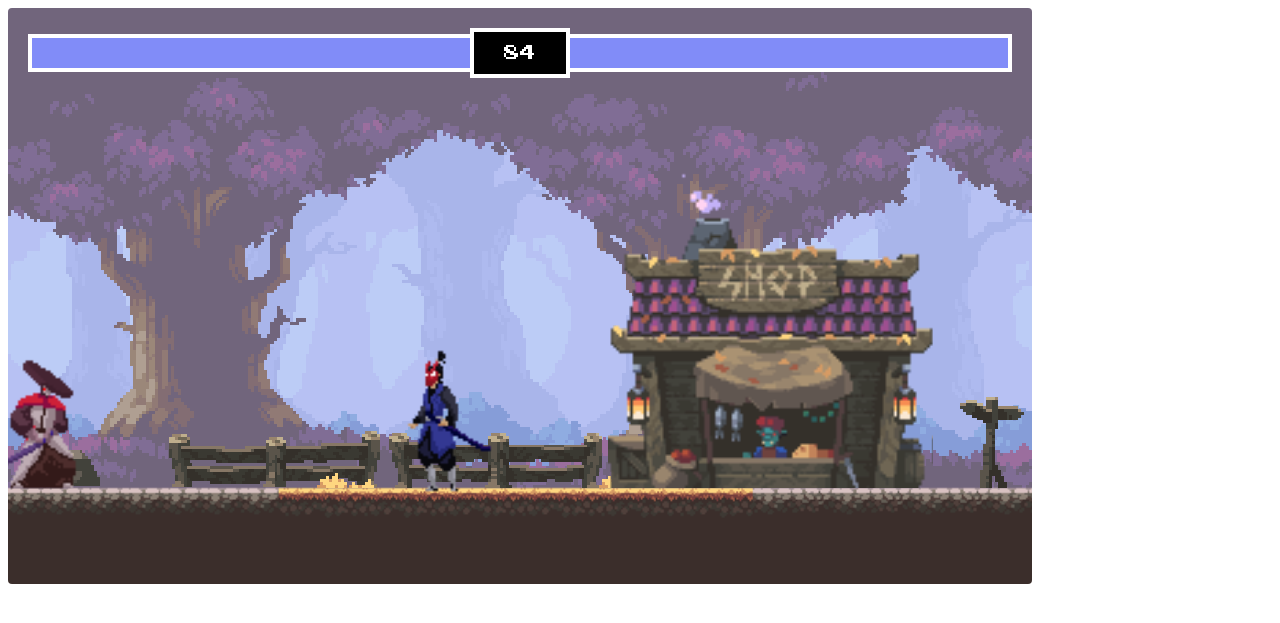
Repository: LuizAGDomingues/js-fighting-game
Page: index.html
The author's editor kept a copy of each file at every save. The page is drawn from the files as they stood at one save, then again after the next save.
The browser window is 1280 px wide. The pictures show the whole page.

Above is the page before, as saved 2022-12-23 21:13:00.

### index.html
<!DOCTYPE html>
<html lang="en">
  <head>
    <meta charset="UTF-8" />
    <link rel="icon" type="image/svg+xml" href="./images/Logo.jpg" />
    <link rel="preconnect" href="https://fonts.googleapis.com" />
    <link rel="preconnect" href="https://fonts.gstatic.com" crossorigin />
    <link href="https://fonts.googleapis.com/css2?family=Press+Start+2P&display=swap" rel="stylesheet" />
    <link href="./src/css/battle.css" rel="stylesheet" />
    <meta name="viewport" content="width=device-width, initial-scale=1.0" />
    <title>Figthing Game</title>
  </head>
  <body>
    <div class="content">
      <div class="life-bars">
        <!-- player health -->
        <div class="playerHealth-content">
          <div class="playerHealth-aux"></div>
          <div id="playerHealth" class="playerHealth-bar"></div>
        </div>
        <!-- timer -->
        <div id="timer" class="timer">10</div>
        <!-- enemy health -->
        <div class="enemyHealth-content">
          <div class="enemyHealth-aux"></div>
          <div id="enemyHealth" class="enemyHealth-bar"></div>
        </div>
      </div>
      <div id="displayText" class="result">Tie</div>
      <canvas style="border-radius: 4px;"></canvas>
    </div>
    <script
      src="https://cdnjs.cloudflare.com/ajax/libs/gsap/3.11.3/gsap.min.js"
      integrity="sha512-gmwBmiTVER57N3jYS3LinA9eb8aHrJua5iQD7yqYCKa5x6Jjc7VDVaEA0je0Lu0bP9j7tEjV3+1qUm6loO99Kw=="
      crossorigin="anonymous"
      referrerpolicy="no-referrer"
    ></script>
    <script src="./src/utils.js"></script>
    <script src="./src/classes.js"></script>
    <script src="./src/main.js"></script>
  </body>
</html>

### src/css/battle.css
* {
  box-sizing: border-box;
  font-family: 'Press Start 2P', sans-serif;
}

.content {
  position: relative;
  display: inline-block;
}

.life-bars {
  position: absolute;
  display: flex;
  width: 100%;
  align-items: center;
  padding: 20px;
}

.playerHealth-content {
  position: relative;
  width: 100%;
  display: flex;
  justify-content: flex-end;
  border-top: 4px solid white;
  border-left: 4px solid white;
  border-bottom: 4px solid white;
}

.playerHealth-aux {
  background-color: red;
  height: 30px;
  width: 100%;
}

.playerHealth-bar {
  position: absolute;
  background: #818CF8;
  top: 0;
  right: 0;
  bottom: 0;
  width: 100%;
}

.timer {
  background-color: black;
  width: 100px;
  height: 50px;
  flex-shrink: 0;
  display: flex;
  align-items: center;
  justify-content: center;
  color: white;
  border: 4px solid white;
}

.enemyHealth-content {
  position: relative;
  width: 100%;
  border-top: 4px solid white;
  border-right: 4px solid white;
  border-bottom: 4px solid white;
}

.enemyHealth-aux {
  background-color: red;
  height: 30px;
}

.enemyHealth-bar {
  position: absolute;
  background: #818CF8;
  top: 0;
  right: 0;
  bottom: 0;
  left: 0;
}

.result {
  position: absolute;
  color: white;
  align-items: center;
  justify-content: center;
  top: 0;
  right: 0;
  bottom: 0;
  left: 0;
  display: none;
}

### src/utils.js
function rectangularCollision({ rectangle1, rectangle2 }) {
  return (
    rectangle1.attackBox.position.x + rectangle1.attackBox.width >= rectangle2.position.x
    && rectangle1.attackBox.position.x <= rectangle2.position.x + rectangle2.width
    && rectangle1.attackBox.position.y + rectangle1.attackBox.height >= rectangle2.position.y
    && rectangle1.attackBox.position.y <= rectangle2.position.y + rectangle2.height
  )
};

function determineWinner({player, enemy, timerId}) {
  clearTimeout(timerId)
  document.querySelector('#displayText').style.display = 'flex'
  if(player.health === enemy.health) {
    document.querySelector('#displayText').innerHTML = 'Tie'
  } else if (player.health > enemy.health) {
    document.querySelector('#displayText').innerHTML = 'Player 1 wins'
  } else if (player.health < enemy.health) {
    document.querySelector('#displayText').innerHTML = 'Player 2 wins'
  }
};

### src/classes.js
class Sprite {
  constructor({position, imageSrc, scale = { x: 1, y: 1 }, framesMax = 1, offset = { x: 0, y: 0 }}) {
    this.position = position
    this.image = new Image()
    this.image.src = imageSrc
    this.scale = scale
    this.framesMax = framesMax
    this.framesCurrent = 0
    this.framesElapsed = 0
    this.framesHold = 5
    this.offset = offset
  }

  draw() {
    c.drawImage(
      this.image,
      this.framesCurrent * (this.image.width / this.framesMax),
      0,
      this.image.width / this.framesMax,
      this.image.height,
      this.position.x - this.offset.x,
      this.position.y - this.offset.y,
      (this.image.width / this.framesMax) * this.scale.x,
      this.image.height * this.scale.y
    )
  }

  animateFrames() {
    this.framesElapsed++
    if(this.framesElapsed % this.framesHold === 0) {
      if(this.framesCurrent < this.framesMax - 1) {
        this.framesCurrent++
      } else {
        this.framesCurrent = 0
      }
    }
  }

  update() {
    this.draw()
    this.animateFrames()
  }
}

class Fighter extends Sprite {
  constructor({
    position,
    velocity,
    color = 'red',
    imageSrc,
    scale = { x: 1, y: 1 },
    framesMax = 1,
    offset = { x: 0, y: 0 },
    sprites,
    attackBox = { offset: {}, width: undefined, height: undefined }
  }) {
    super({
      position,
      imageSrc,
      scale,
      framesMax,
      offset
    })

    this.velocity = velocity
    this.width = 50
    this.height = 150
    this.lastKey
    this.attackBox = {
      position: {
        x: this.position.x,
        y: this.position.y
      },
      offset: attackBox.offset,
      width: attackBox.width,
      height: attackBox.height
    }
    this.color = color
    this.isAttacking
    this.health = 100
    this.framesCurrent = 0
    this.framesElapsed = 0
    this.framesHold = 5
    this.sprites = sprites
    this.dead = false

    for (const sprite in this.sprites) {
      sprites[sprite].image = new Image()
      sprites[sprite].image.src = sprites[sprite].imageSrc
    }
  }

  update() {
    this.draw()
    if(!this.dead) this.animateFrames()

    this.attackBox.position.x = this.position.x + this.attackBox.offset.x
    this.attackBox.position.y = this.position.y + this.attackBox.offset.y

    // Draw the attack box
    //c.fillRect(this.attackBox.position.x, this.attackBox.position.y, this.attackBox.size.width, this.attackBox.height)

    this.position.x += this.velocity.x
    this.position.y += this.velocity.y

    // gravity function
    if(this.position.y + this.height + this.velocity.y >= canvas.height - 96) {
      this.velocity.y = 0
      this.position.y = 330
    } else this.velocity.y += gravity

  }

  attack() {
    if(this.image === this.sprites.takeHit.image || this.image === this.sprites.death.image) {
      return
    } else {
      this.switchSprite('attack1')
      this.isAttacking = true
    }
  }

  takeHit() {
    this.health -= 20
    if(this.health <= 0) {
      this.switchSprite('death')
    } else {
      this.switchSprite('takeHit')
    }
  }

  switchSprite(sprite) {
    if(this.image === this.sprites.death.image) {
      if(this.framesCurrent === this.sprites.death.framesMax - 1)
        this.dead = true
      return
    }
    // overriding all other animations with the attack animation
    if(
      this.image === this.sprites.attack1.image &&
      this.framesCurrent < this.sprites.attack1.framesMax - 1
    ) return
    // overriding when figther gets hit
    if(
      this.image === this.sprites.takeHit.image &&
      this.framesCurrent < this.sprites.takeHit.framesMax - 1
    ) return

    switch(sprite) {
      case 'idle':
        if(this.image !== this.sprites.idle.image) {
          this.image = this.sprites.idle.image
          this.framesMax = this.sprites.idle.framesMax
          this.framesCurrent = 0
        }
        break
      case 'run':
        if(this.image !== this.sprites.run.image) {
          this.image = this.sprites.run.image
          this.framesMax = this.sprites.run.framesMax
          this.framesCurrent = 0
        }
        break
      case 'jump':
        if(this.image !== this.sprites.jump.image) {
          this.image = this.sprites.jump.image
          this.framesMax = this.sprites.jump.framesMax
          this.framesCurrent = 0
        }
        break
      case 'fall':
        if(this.image !== this.sprites.fall.image) {
          this.image = this.sprites.fall.image
          this.framesMax = this.sprites.fall.framesMax
          this.framesCurrent = 0
        }
        break
      case 'attack1':
        if(this.image !== this.sprites.attack1.image) {
          this.image = this.sprites.attack1.image
          this.framesMax = this.sprites.attack1.framesMax
          this.framesCurrent = 0
        }
        break
      case 'takeHit':
        if(this.image !== this.sprites.takeHit.image) {
          this.image = this.sprites.takeHit.image
          this.framesMax = this.sprites.takeHit.framesMax
          this.framesCurrent = 0
        }
        break
      case 'death':
        if(this.image !== this.sprites.death.image) {
          this.image = this.sprites.death.image
          this.framesMax = this.sprites.death.framesMax
          this.framesCurrent = 0
        }
        break
    }
  }
}

### src/main.js
const canvas = document.querySelector('canvas');
const c = canvas.getContext('2d');

canvas.width = 1024
canvas.height = 576

c.fillRect(0, 0, canvas.width, canvas.height)

const gravity = .7

var gameIsOver = false

const background = new Sprite({
  position: {
    x: 0,
    y: 0
  },
  imageSrc: '../images/background.png'
})

const shop = new Sprite({
  position: {
    x: 600,
    y: 128
  },
  imageSrc: '../images/shop.png',
  scale: {
    x: 2.75,
    y: 2.75
  },
  framesMax: 6
})

const player = new Fighter({
  position: {
    x: 0,
    y: 0
  },
  velocity: {
    x: 0,
    y: 0
  },
  offset: {
    x: 0,
    y: 0
  },
  imageSrc: '../images/samuraiMack/Idle.png',
  framesMax: 8,
  scale: {
    x: 2.5,
    y: 2.5
  },
  offset: {
    x: 215,
    y: 155
  },
  sprites: {
    idle: {
      imageSrc: '../images/samuraiMack/Idle.png',
      framesMax: 8
    },
    run: {
      imageSrc: '../images/samuraiMack/Run.png',
      framesMax: 8
    },
    jump: {
      imageSrc: '../images/samuraiMack/Jump.png',
      framesMax: 2
    },
    fall: {
      imageSrc: '../images/samuraiMack/Fall.png',
      framesMax: 2
    },
    attack1: {
      imageSrc: '../images/samuraiMack/Attack1.png',
      framesMax: 6
    },
    takeHit: {
      imageSrc: '../images/samuraiMack/Take Hit.png',
      framesMax: 4
    },
    death: {
      imageSrc: '../images/samuraiMack/Death.png',
      framesMax: 6
    }
  },
  attackBox: {
    offset: {
      x: 100,
      y: 50
    },
    width: 140,
    height: 50
  }
})

const enemy = new Fighter({
  position: {
    x: 400,
    y: 100
  },
  velocity: {
    x: 0,
    y: 0
  },
  color: 'blue',
  offset: {
    x: -50,
    y: 0
  },
  imageSrc: '../images/kenji/Idle.png',
  framesMax: 4,
  scale: {
    x: 2.5,
    y: 2.5
  },
  offset: {
    x: 215,
    y: 167
  },
  sprites: {
    idle: {
      imageSrc: '../images/kenji/Idle.png',
      framesMax: 4
    },
    run: {
      imageSrc: '../images/kenji/Run.png',
      framesMax: 8
    },
    jump: {
      imageSrc: '../images/kenji/Jump.png',
      framesMax: 2
    },
    fall: {
      imageSrc: '../images/kenji/Fall.png',
      framesMax: 2
    },
    attack1: {
      imageSrc: '../images/kenji/Attack1.png',
      framesMax: 4
    },
    takeHit: {
      imageSrc: '../images/kenji/Take hit.png',
      framesMax: 3
    },
    death: {
      imageSrc: '../images/kenji/Death.png',
      framesMax: 7
    }
  },
  attackBox: {
    offset: {
      x: -170,
      y: 50
    },
    width: 170,
    height: 50
  }
})

const keys = {
  a: {
    pressed: false
  },
  d: {
    pressed: false
  },
  ArrowRight: {
    pressed: false
  },
  ArrowLeft: {
    pressed: false
  }
}

// Timer actions
let timer = 90
let timerId
function decreaseTimer() {
  if(timer > 0) {
    timerId = setTimeout(decreaseTimer, 1000)
    timer--
    document.querySelector('#timer').innerHTML = timer
  }
  if(timer === 0) {
    determineWinner({player, enemy, timerId})
    gameIsOver = true
  }
};
decreaseTimer();

function animate() {
  window.requestAnimationFrame(animate)
  c.fillStyle = 'black'
  c.fillRect(0, 0, canvas.width, canvas.height)
  background.update()
  shop.update()
  c.fillStyle = 'rgba(255, 255, 255, 0.1)'
  c.fillRect(0, 0, canvas.width, canvas.height)
  player.update()
  enemy.update()

  player.velocity.x = 0
  enemy.velocity.x = 0

  // player movement
  if(keys.a.pressed && player.lastKey === 'a' && player.position.x >= 0) {
    player.velocity.x = -5
    player.switchSprite('run')
  } else if(keys.d.pressed && player.lastKey === 'd' && player.position.x <= canvas.width - 60) {
    player.velocity.x = 5
    player.switchSprite('run')
  } else {
    player.switchSprite('idle')
  }
  // player jumping
  if(player.velocity.y < 0) {
    player.switchSprite('jump')
  } else if(player.velocity.y > 0) {
    player.switchSprite('fall')
  }

  // enemy movement
  if(keys.ArrowLeft.pressed && enemy.lastKey === 'ArrowLeft' && enemy.position.x >= 0) {
    enemy.velocity.x = -5
    enemy.switchSprite('run')
  } else if(keys.ArrowRight.pressed && enemy.lastKey === 'ArrowRight' && enemy.position.x <= canvas.width - 50) {
    enemy.velocity.x = 5
    enemy.switchSprite('run')
  } else {
    enemy.switchSprite('idle')
  }
  // enemy jumping
  if(enemy.velocity.y < 0) {
    enemy.switchSprite('jump')
  } else if(enemy.velocity.y > 0) {
    enemy.switchSprite('fall')
  }

  // detect for collision & enemy is hit
  if(rectangularCollision({rectangle1: player, rectangle2: enemy}) && player.isAttacking && player.framesCurrent === 4) {
    enemy.takeHit()
    player.isAttacking = false
    gsap.to('#enemyHealth', {
      width: enemy.health + '%'
    })
  }

  //if player misses enemy
  if(player.isAttacking && player.framesCurrent === 4) {
    player.isAttacking = false
  }

  // detect for collision & player is hit
  if(rectangularCollision({rectangle1: enemy, rectangle2: player}) && enemy.isAttacking && enemy.framesCurrent === 2) {
    player.takeHit()
    enemy.isAttacking = false
    gsap.to('#playerHealth', {
      width: player.health + '%'
    })
  }

  //if enemy misses enemy
  if(enemy.isAttacking && enemy.framesCurrent === 2) {
    enemy.isAttacking = false
  }

  // end game base on health
  if(enemy.health <= 0 || player.health <= 0){
    determineWinner({player, enemy, timerId})
    gameIsOver = true
  }
}
animate()

window.addEventListener('keydown', (event) => {
  if(!player.dead && !gameIsOver) {
    switch (event.key) {
      case 'd':
        keys.d.pressed = true
        player.lastKey = 'd'
        break
      case 'a':
        keys.a.pressed = true
        player.lastKey = 'a'
        break
      case 'w':
        if(player.image === player.sprites.jump.image || player.image === player.sprites.fall.image) {
          break
        }
        player.velocity.y = -20
        break
      case ' ':
        player.attack()
        break
    }
  }
  if(!enemy.dead && !gameIsOver) {
    switch (event.key) {
      case 'ArrowRight':
        keys.ArrowRight.pressed = true
        enemy.lastKey = 'ArrowRight'
        break
      case 'ArrowLeft':
        keys.ArrowLeft.pressed = true
        enemy.lastKey = 'ArrowLeft'
        break
      case 'ArrowUp':
        if(enemy.image === enemy.sprites.jump.image || enemy.image === enemy.sprites.fall.image) {
          break
        }
        enemy.velocity.y = -20
        break
      case 'ArrowDown':
        enemy.attack()
        break
    }
  }
})

window.addEventListener('keyup', (event) => {
  switch (event.key) {
    case 'd':
      keys.d.pressed = false
      break
    case 'a':
      keys.a.pressed = false
      break

    case 'ArrowRight':
      keys.ArrowRight.pressed = false
      break
    case 'ArrowLeft':
      keys.ArrowLeft.pressed = false
      break
  }
})

After the next save:
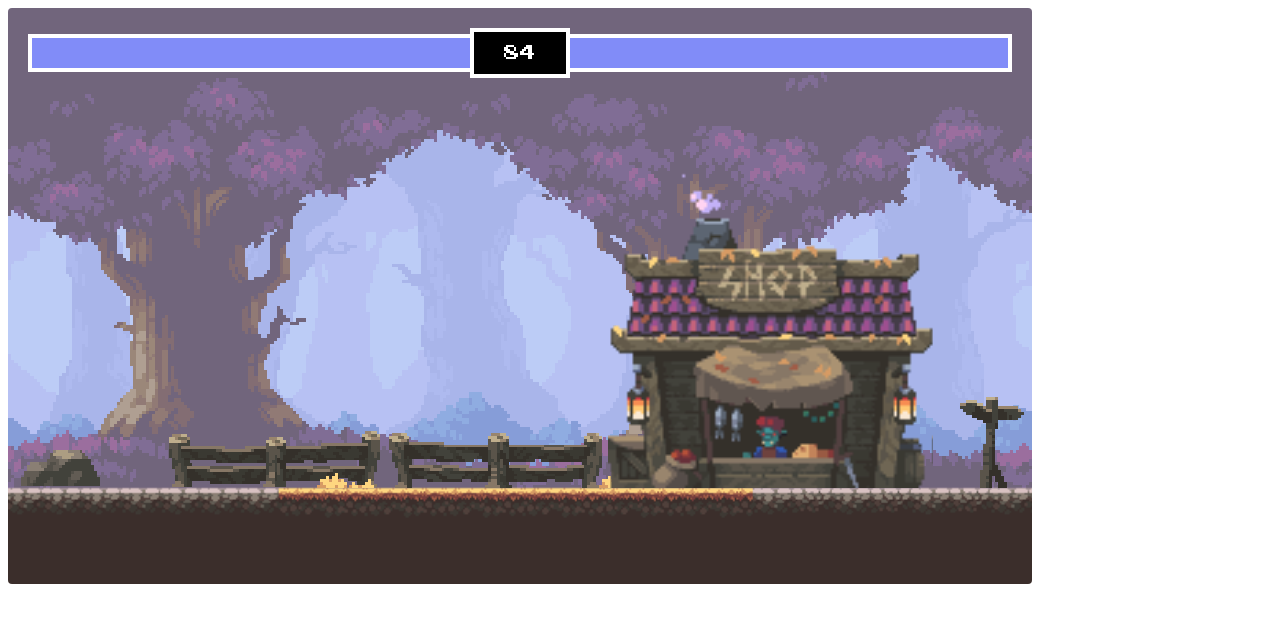
Saved 17 s later.
--- a/src/classes.js
+++ b/src/classes.js
@@ -63,8 +63,6 @@
     })
 
     this.velocity = velocity
-    this.width = 50
-    this.height = 150
     this.lastKey
     this.attackBox = {
       position: {

After the save that followed:
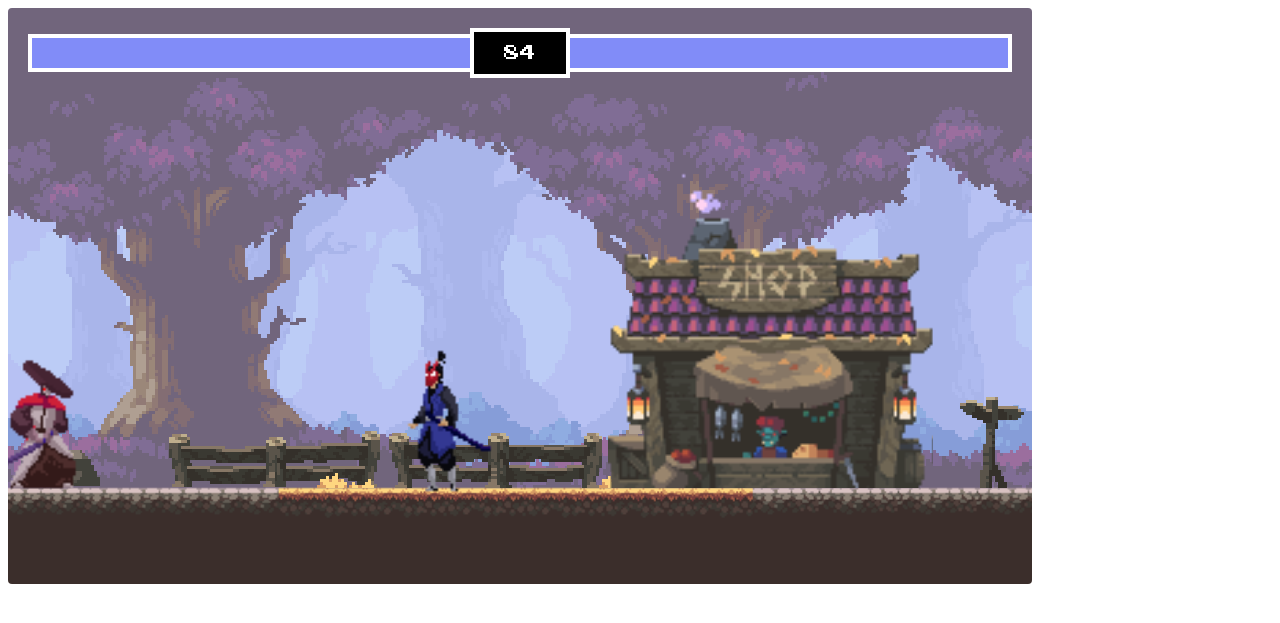
Saved 4 s later.
--- a/src/classes.js
+++ b/src/classes.js
@@ -63,6 +63,8 @@
     })
 
     this.velocity = velocity
+    this.width = 50
+    this.height = 150
     this.lastKey
     this.attackBox = {
       position: {
